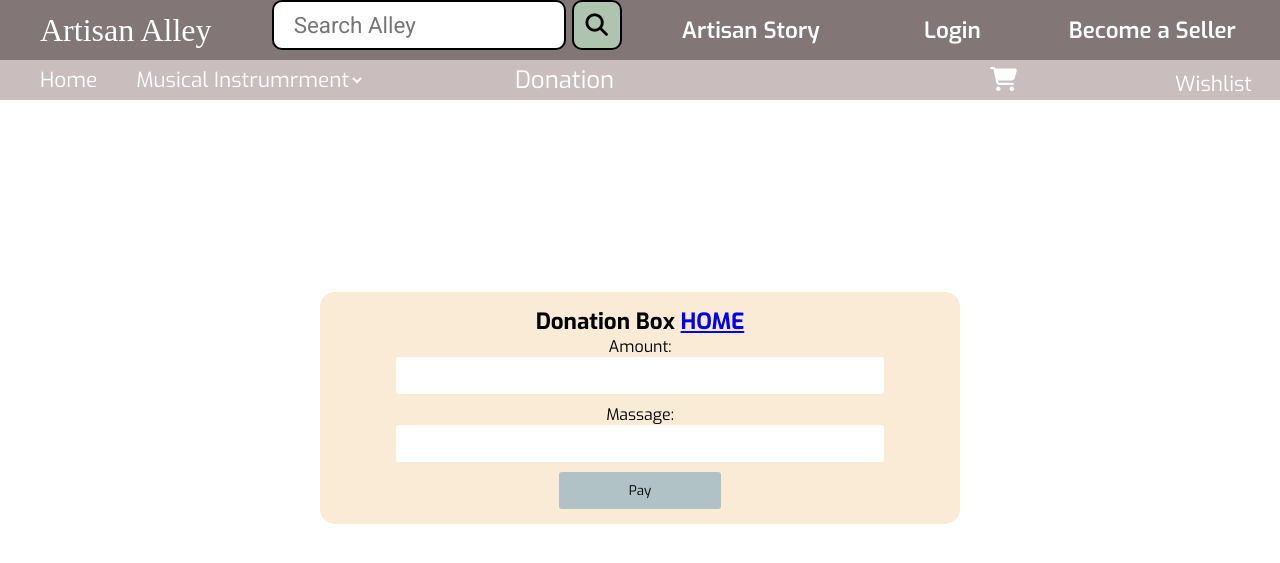
Repository: RingkhangBTY/Bytehacks_Hackathon_Project
Page: donation.html
An editor plug-in stored every save of this project. The page is shown before and after the next save, followed by the edit.
The browser window is 1280 px wide. The pictures show the whole page.
Some web fonts or font styles are not loaded; a fallback is used.

Above is the page before, as saved 2024-11-27 10:54:56.

After the next save:
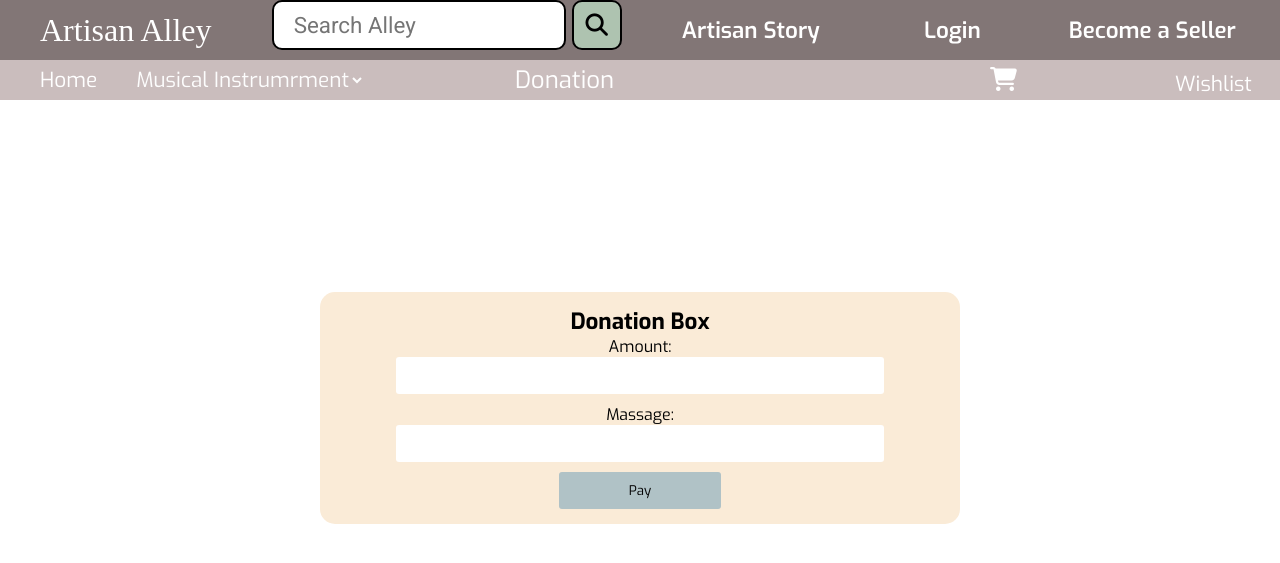
Saved 8 s later.
--- a/donation.html
+++ b/donation.html
@@ -80,7 +80,7 @@
             <div class="donation-cont">
                 <!-- <h2>Welcome to </h2> -->
                 <form id="donation from">
-                    <h3>Donation Box <a href="index.html">HOME</a></h3>
+                    <h3>Donation Box</h3>
                     <lab for="donation">Amount:</lab>
                     <input type="amount" id="text" name="donate" required>
 
